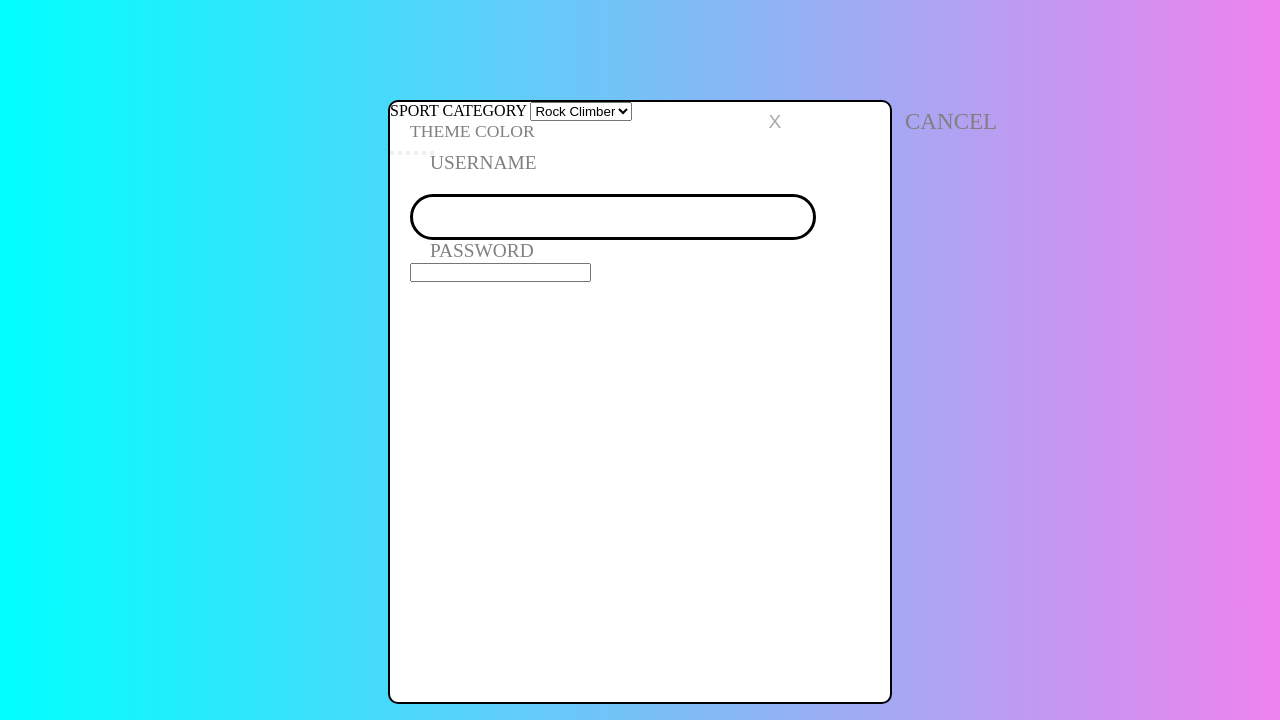
Repository: zRush1202/LoginPage-demo
Page: dom/exercise/login.html
An editor plug-in stored every save of this project. The page is shown before and after the next save, followed by the edit.
The browser window is 1280 px wide. The pictures show the whole page.

Above is the page before, as saved 2023-09-17 09:26:33.

### dom/exercise/login.html
<!DOCTYPE html>
<html lang="en">
<head>
    <meta charset="UTF-8">
    <meta name="viewport" content="width=device-width, initial-scale=1.0">
    <title>Login page</title>
    <link rel="stylesheet" href="login.css">
</head>
<body>
    <div class="login">
        <div class="cancel">
            <button class="X">X</button>
            <span class="cancel">CANCEL</span>
        </div>
        <div class="tk">
            <span class="us">USERNAME</span>
            <br>
            <input type="USERNAME" class="user">
            <br>
            <span class="pa">PASSWORD</span>
            <br>
            <input type="PASSWORD" class="pass">
            <br>
        </div>
        <div>
            <label for="sport">SPORT CATEGORY</label>
            <select name="sport" id="sport">
                <option value="rc">Rock Climber</option>
                <option value="fb">Football</option>
                <option value="bkb">basketball</option>
                <option value="sm">swimming</option>
            </select>
        </div>
        <div>
            <span>THEME COLOR</span>
            <br>
            <button class="bgc" style="color: pink;"></button>
            <button class="bgc" style="color: wheat;"></button>
            <button class="bgc" style="color: green;"></button>
            <button class="bgc" style="color: violet;"></button>
            <button class="bgc" style="color: cyan;"></button>
            <button class="bgc" style="color: gray;"></button>
        </div>
    </div>
</body>
</html>

### dom/exercise/login.css
* {
    margin: 0;
    padding: 0;
}

body {
    display: flex;
    justify-content: center;
    align-items: center;
    position: relative;
    top: 100px;
    background-image: linear-gradient(to right, cyan, violet);
}

.login {
    display: block;
    width: 500px;
    height: 600px;
    background-color: white;
    border: 2px solid black;
    border-radius: 10px;
    position: relative;
}

.cancel {
    position: absolute;
    right: 5px;
    top: 3px;
}

.cancel {
    font-size: 120%;

}

.X {
    height: 20px;
    width: 20px;
    color: darkgray;
    font-size: 100%;
    border: none;
    background-color: transparent;
    position: absolute;
    right: 100px;
    top: 6px;
}

.user {
    height: 40px;
    width: 400px;
    border-radius: 50px;
    border: 3px solid black;
    margin-top: 20px;
}

.tk, span {
    font-size: 110%;
    color: gray;
    position: absolute;
    left: 20px;
}

.us {
    position: relative;
}

.tk {
    position: absolute;
    top: 50px;
}

After the next save:
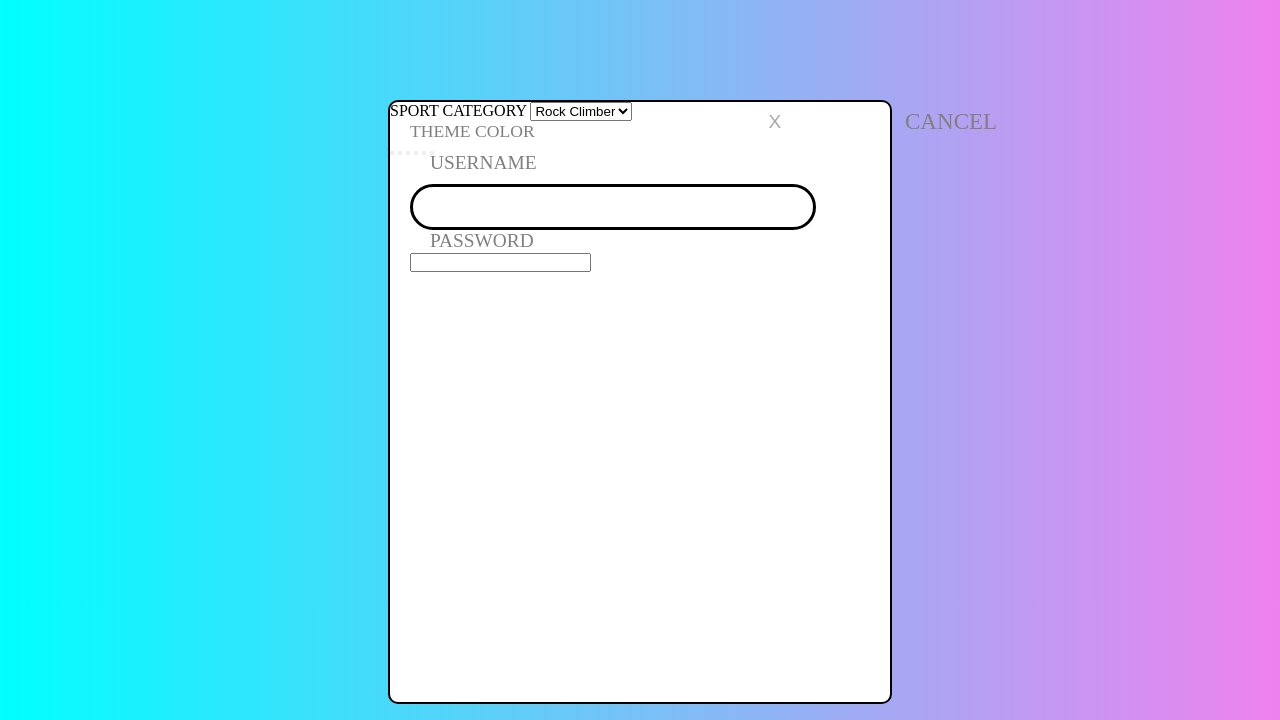
Saved 4 s later.
--- a/dom/exercise/login.css
+++ b/dom/exercise/login.css
@@ -50,7 +50,7 @@ body {
     width: 400px;
     border-radius: 50px;
     border: 3px solid black;
-    margin-top: 20px;
+    margin-top: 10px;
 }
 
 .tk, span {
